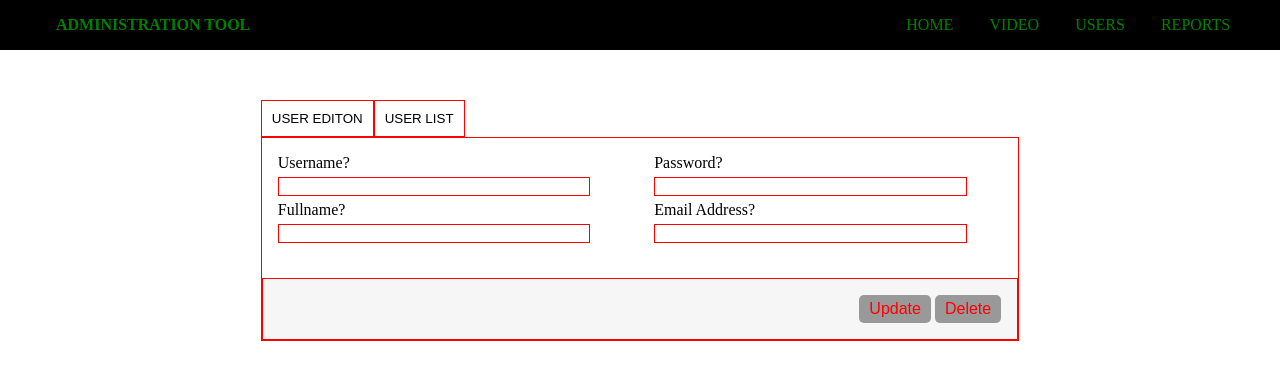
Repository: Korean2206/web
Page: http://localhost/asm/user/update
These files come from the project's save history. The page is drawn as it stood at one moment and after the next save; the edit follows.
The browser window is 1280 px wide. The pictures show the whole page.
The page is served by Tomcat 9.

Above is the page before, as saved 2023-04-09 07:43:49.

After the next save:
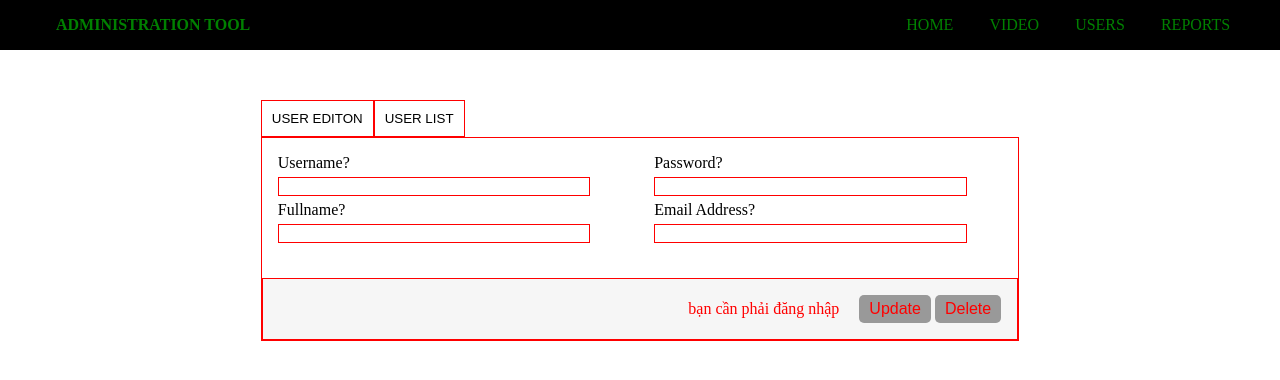
Saved 40 s later.
--- a/asm/src/main/webapp/views/admin/ManageUser.jsp
+++ b/asm/src/main/webapp/views/admin/ManageUser.jsp
@@ -35,6 +35,7 @@
 				</div>
 			</div>
 			<div class="user_footer">
+			<span style="color: red; margin-right: 16px;">${message }</span>
 				<button>Update</button>
 				<button>Delete</button>
 			</div>
